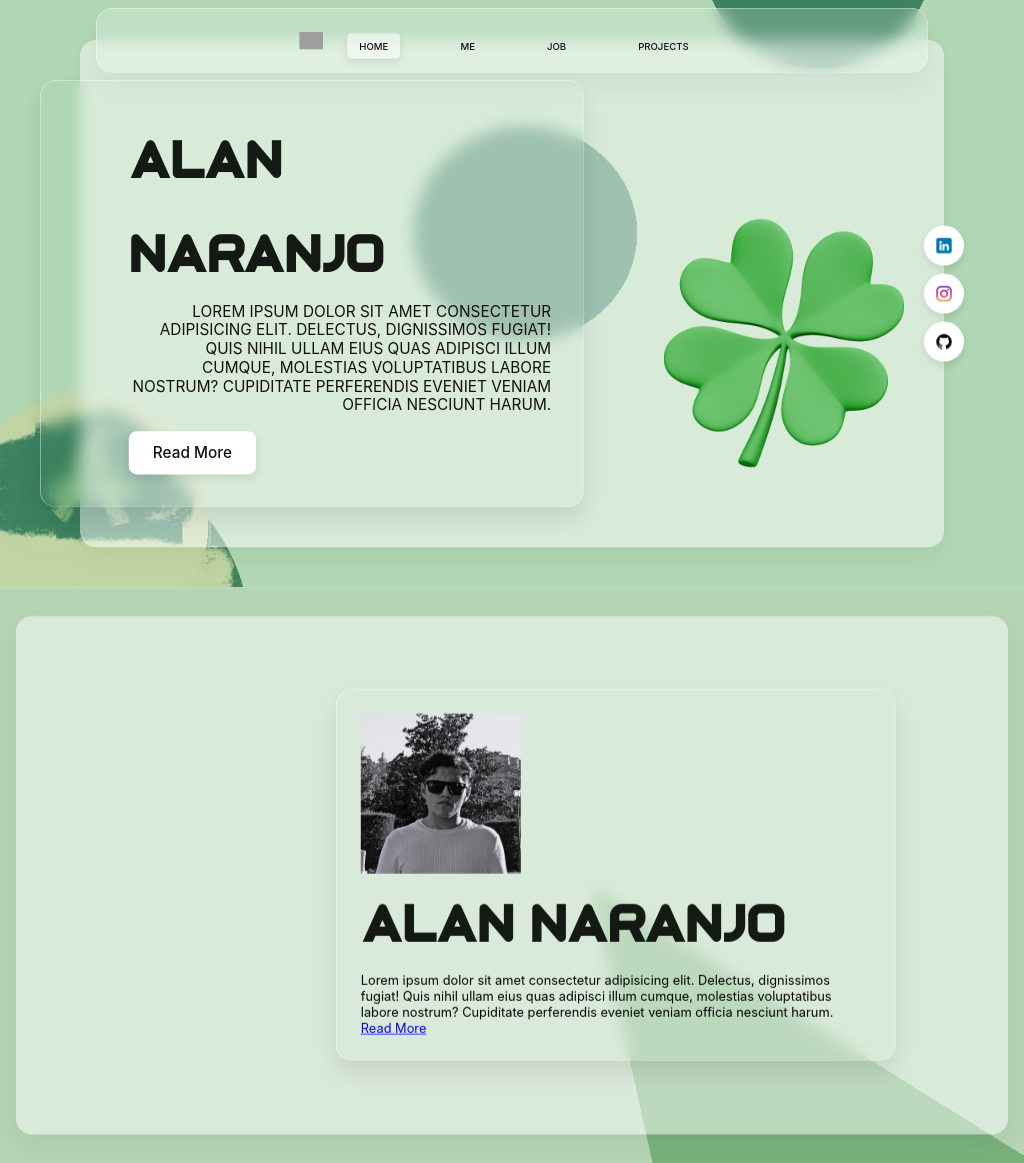
Repository: L-A-M-J-O/Me-sitio-Web
Page: / (app in my-project/)
The author's editor kept a copy of each file at every save. The page is drawn from the files as they stood at one save, then again after the next save.
The browser window is 1280 px wide. The pictures show the whole page, at 80% of full size.
Pictures or frames that could not be fetched are drawn as grey boxes. Backgrounds fixed to the window are drawn as part of the page. The project was rebuilt for these pictures with package versions that can differ from the ones it lists, and the page was loaded fresh each time.

Above is the page before, as saved 2022-09-20 16:16:21.

After the next save:
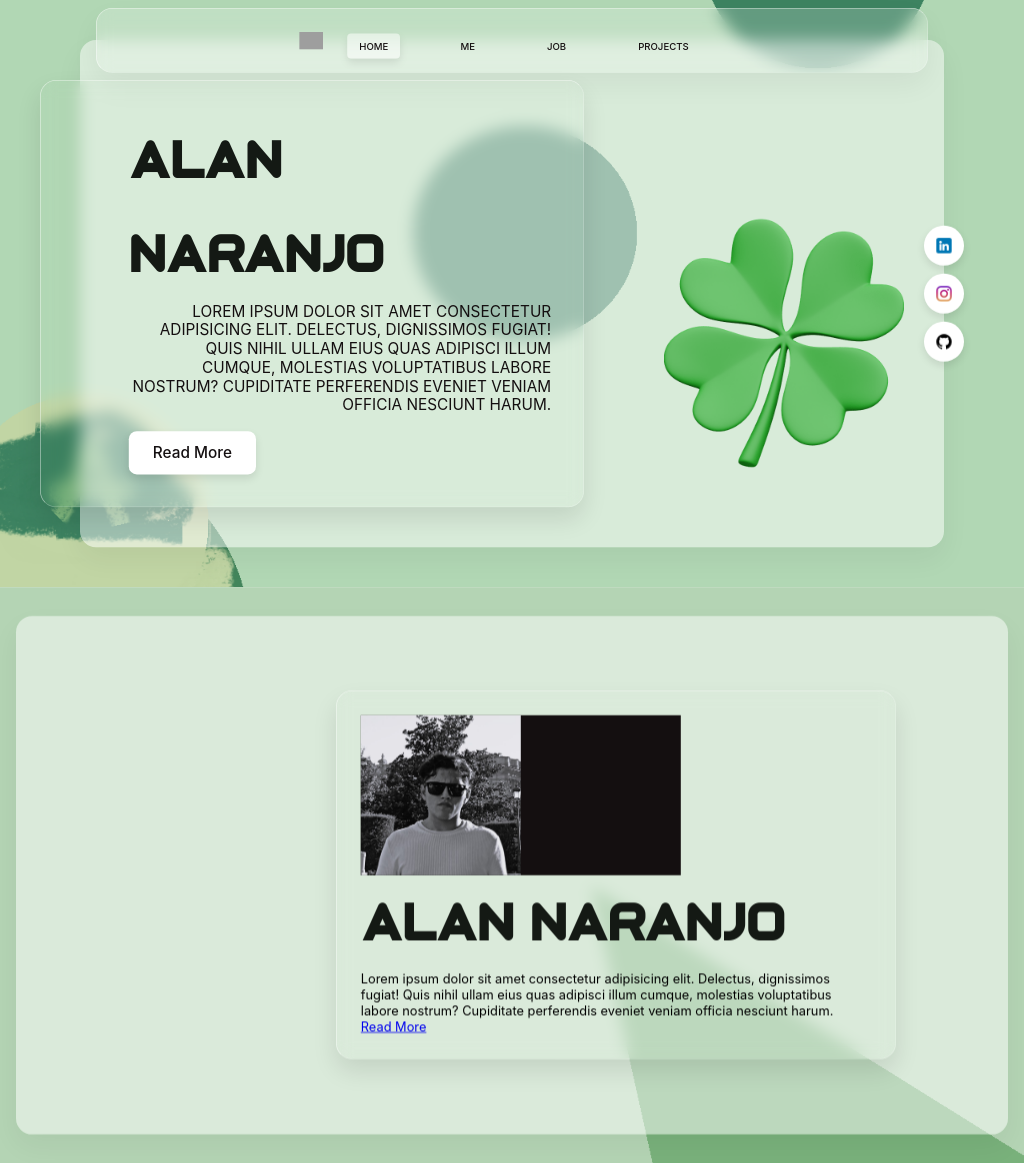
Saved 23 s later.
--- a/my-project/src/components/Me/Me.css
+++ b/my-project/src/components/Me/Me.css
@@ -39,7 +39,9 @@
     max-width: 400px;
 }
 .content-me .recuadro-img {
-
+    width: 400px;
+    height: 200px;
+    background-color: #140f10;
 }
 .content-me .recuadro-img img {
     width: 200px;
